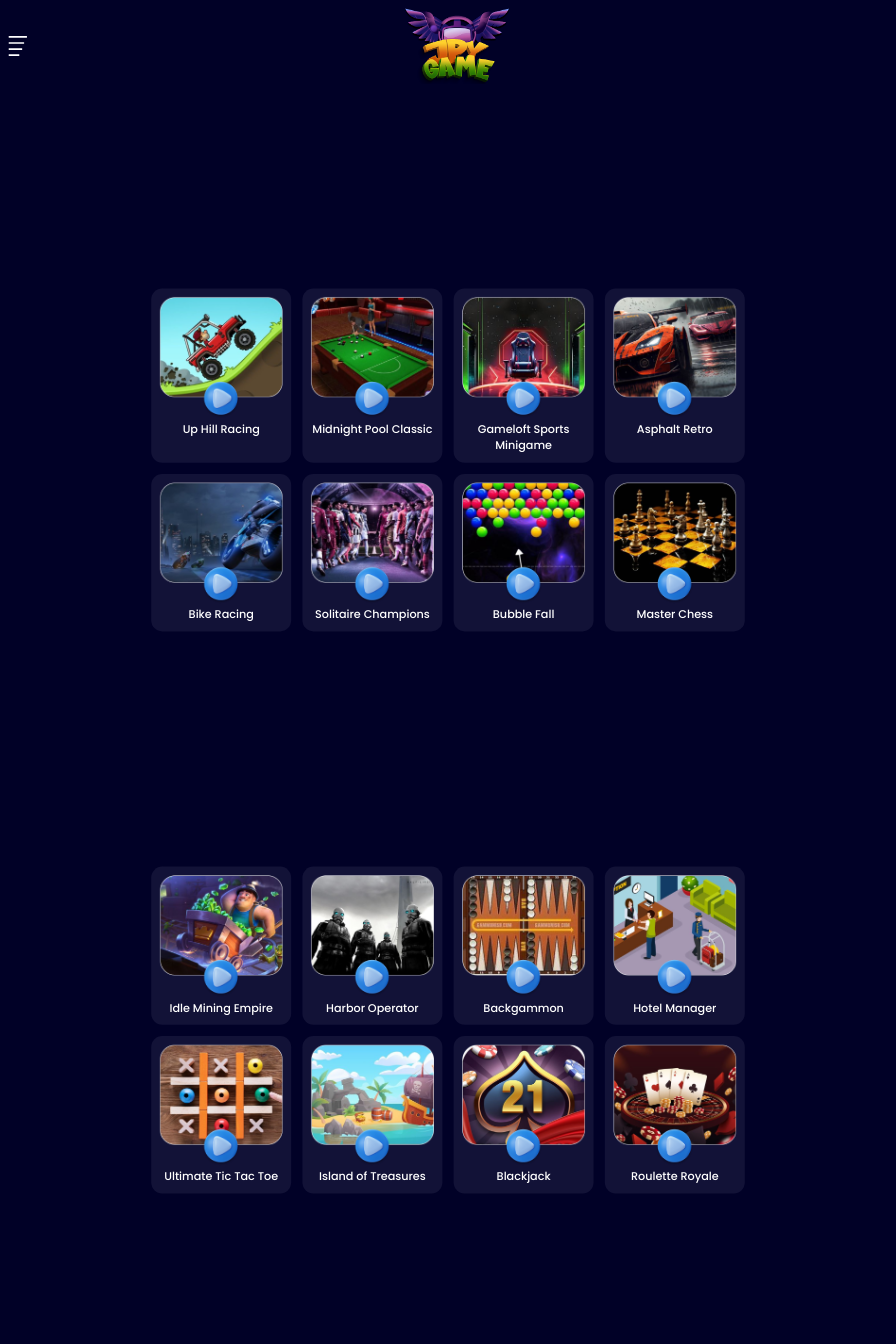
Repository: meenadabhii/jpygames.com
Page: http://localhost/
The author's editor kept a copy of each file at every save. The page is drawn from the files as they stood at one save, then again after the next save.
The browser window is 1280 px wide. The pictures show the part of the page from y = 0 to 1920 px (the page is 7329 px tall), at 70% of full size.
Some web libraries are served in a nearby version. The page is served by the project's Node server (nodejs/app.js).

Above is the page before, as saved 2025-02-07 14:34:48.

After the next save:
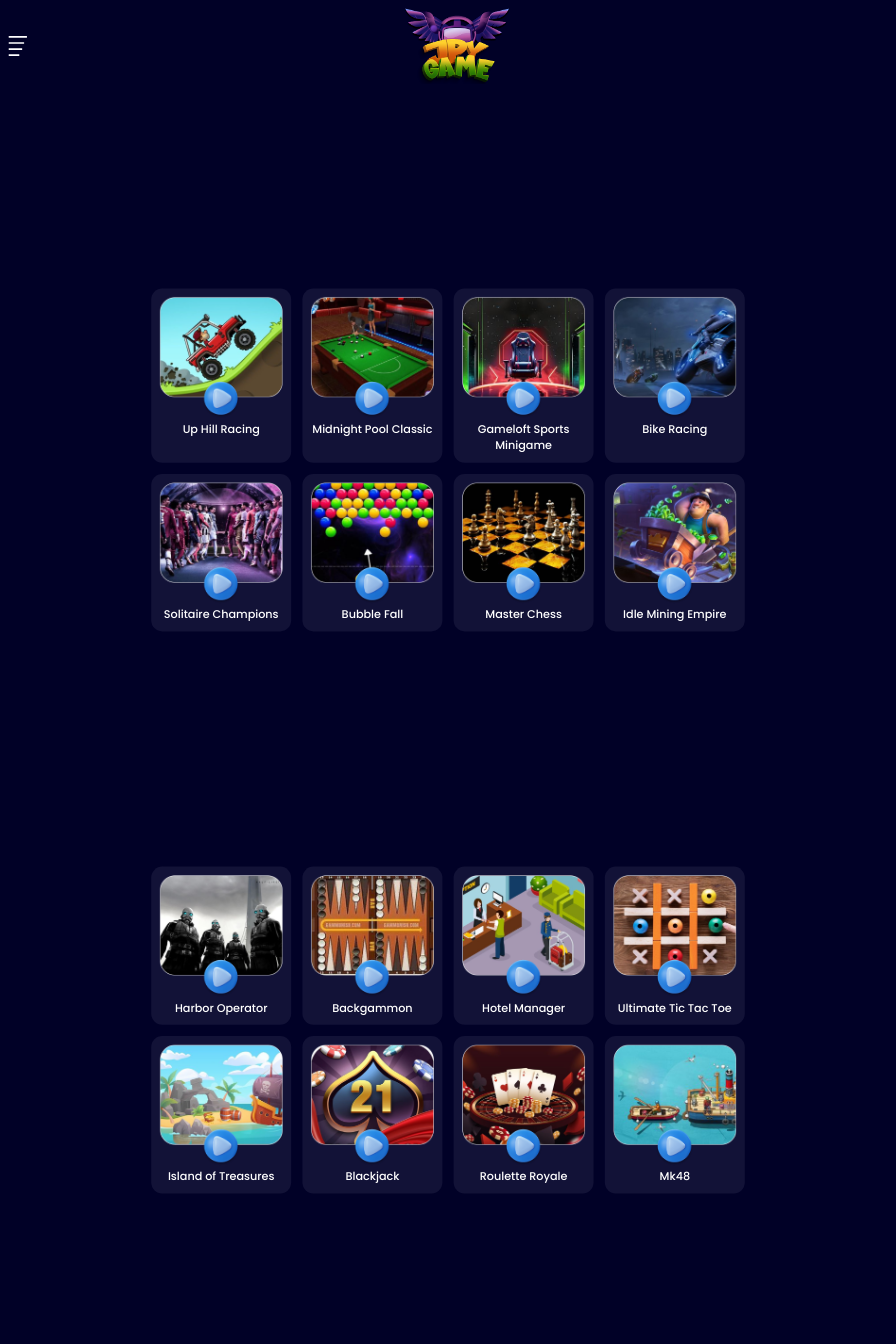
Saved 12 s later.
--- a/nodejs/game.json
+++ b/nodejs/game.json
@@ -21,13 +21,7 @@
         "type":"action",
         "url":"https://cdn.ludigames.com/microsoft/start-gameloftSportsMinigameCollection/08-cdn/h5/gameloftSportsMinigameCollectionFree/play.html"
     },
-    {
-        "slug":"asphalt-retro",
-        "name":"Asphalt Retro",
-        "img":"/image/asphaltretro.png",
-        "type":"sport",
-        "url":"https://cdn.ludigames.com/microsoft/start-asphaltRetro/08-cdn/h5/asphaltRetroFree/"
-    },
+
     {
         "slug":"bike-racing",
         "name":"Bike Racing",
